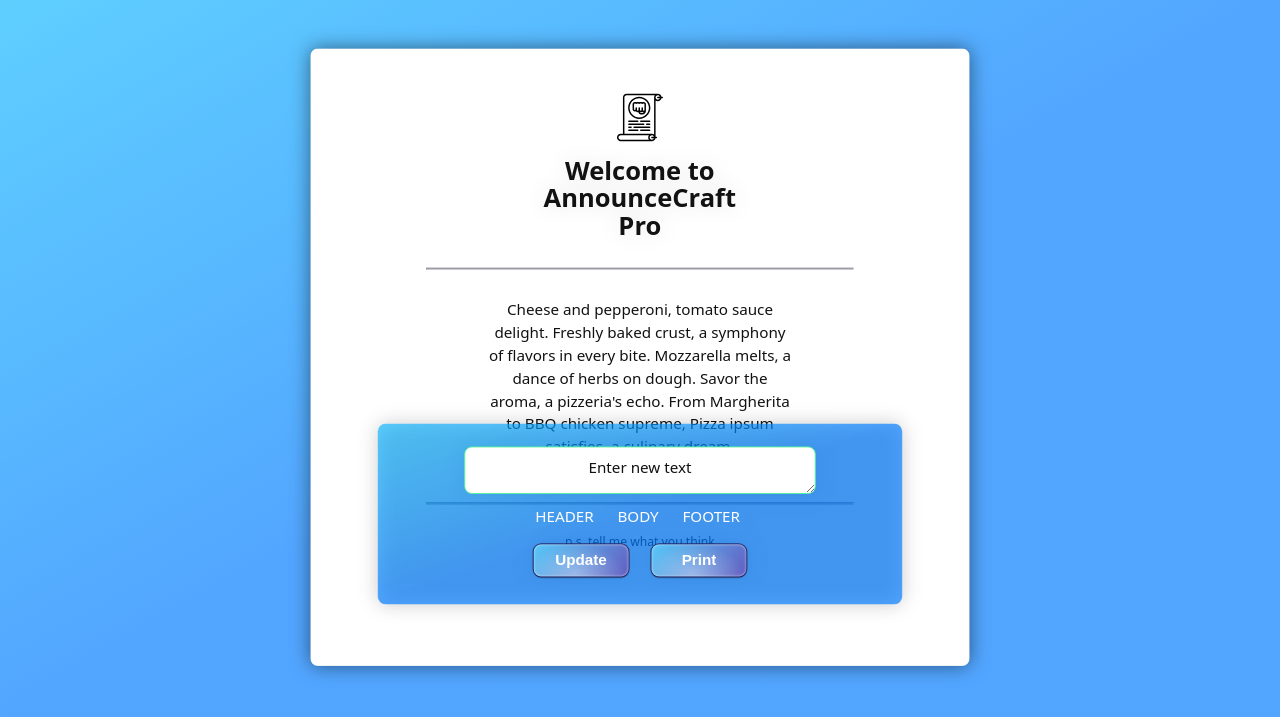
Repository: Freezler/AnnounceCraft
Page: index.html
These files come from the project's save history. The page is drawn as it stood at one moment and after the next save; the edit follows.
The browser window is 1280 px wide. The pictures show the whole page.

Above is the page before, as saved 2024-01-22 21:27:59.

### index.html
<!DOCTYPE html>
<html lang="en">

<head>
	<meta charset="UTF-8" />
	<meta name="viewport" content="width=device-width, initial-scale=1.0" />
	<title>Paper Announcement App</title>
	<link rel="stylesheet" href="style.css" />
</head>

<body>
	<section id="shopping-list">

		<div class="content">
			<svg xmlns="http://www.w3.org/2000/svg" xmlns:xlink="http://www.w3.org/1999/xlink" version="1.1" x="0"
				y="0px" viewBox="0 0 64 80" enable-background="new 0 0 64 64" xml:space="preserve">
				<g>
					<path
						d="M6,64h42c2.414,0,4.435-1.721,4.898-4H54c0.553,0,1-0.447,1-1s-0.447-1-1-1h-1V8.975C53.838,9.609,54.87,10,56,10   c2.414,0,4.435-1.721,4.898-4H62c0.553,0,1-0.447,1-1s-0.447-1-1-1h-1.102C60.435,1.721,58.414,0,56,0H14c-2.757,0-5,2.243-5,5v49   H6c-2.757,0-5,2.243-5,5S3.243,64,6,64z M48,62c-1.654,0-3-1.346-3-3s1.346-3,3-3c1.302,0,2.401,0.839,2.815,2H48   c-0.553,0-1,0.447-1,1s0.447,1,1,1h2.815C50.401,61.161,49.302,62,48,62z M58.815,4H56c-0.553,0-1,0.447-1,1s0.447,1,1,1h2.815   C58.401,7.161,57.302,8,56,8c-1.654,0-3-1.346-3-3s1.346-3,3-3C57.302,2,58.401,2.839,58.815,4z M11,5c0-1.654,1.346-3,3-3h38.025   C51.391,2.838,51,3.87,51,5v50.025C50.162,54.391,49.13,54,48,54H11V5z M6,56h38.025C43.391,56.838,43,57.87,43,59   s0.391,2.162,1.025,3H6c-1.654,0-3-1.346-3-3S4.346,56,6,56z" />
					<path
						d="M45,40.008h-4c-0.553,0-1,0.447-1,1s0.447,1,1,1h4c0.553,0,1-0.447,1-1S45.553,40.008,45,40.008z" />
					<path
						d="M17,42.008h20c0.553,0,1-0.447,1-1s-0.447-1-1-1H17c-0.553,0-1,0.447-1,1S16.447,42.008,17,42.008z" />
					<path
						d="M45,44.008H24c-0.553,0-1,0.447-1,1s0.447,1,1,1h21c0.553,0,1-0.447,1-1S45.553,44.008,45,44.008z" />
					<path
						d="M17,46.008h3c0.553,0,1-0.447,1-1s-0.447-1-1-1h-3c-0.553,0-1,0.447-1,1S16.447,46.008,17,46.008z" />
					<path
						d="M17,38.008h12c0.553,0,1-0.447,1-1s-0.447-1-1-1H17c-0.553,0-1,0.447-1,1S16.447,38.008,17,38.008z" />
					<path
						d="M45,36.008H33c-0.553,0-1,0.447-1,1s0.447,1,1,1h12c0.553,0,1-0.447,1-1S45.553,36.008,45,36.008z" />
					<path
						d="M29,48.008H17c-0.553,0-1,0.447-1,1s0.447,1,1,1h12c0.553,0,1-0.447,1-1S29.553,48.008,29,48.008z" />
					<path
						d="M45,48.008H33c-0.553,0-1,0.447-1,1s0.447,1,1,1h12c0.553,0,1-0.447,1-1S45.553,48.008,45,48.008z" />
					<path
						d="M40.001,14.006c0-1.654-1.346-3-3-3c-0.003,0-0.005,0.002-0.007,0.002c-0.703,0.001-1.389,0.19-1.993,0.545   c-1.213-0.711-2.787-0.711-4,0c-1.213-0.711-2.787-0.711-4,0c-0.604-0.354-1.29-0.544-1.993-0.545   c-0.002,0-0.004-0.002-0.007-0.002c-1.654,0-3,1.346-3,3v7.002c0,1.654,1.346,3,3,3c0.537,0,1.034-0.153,1.471-0.401   c0.532,0.84,1.464,1.402,2.529,1.402c0.36,0,0.7-0.074,1.021-0.19c-0.004,0.064-0.021,0.126-0.021,0.191c0,1.654,1.346,3,3,3h1.989   c0.004,0,0.006,0.002,0.01,0.002c2.76,0,5.006-2.246,5.006-5.006c0-0.009-0.005-0.016-0.005-0.024V14.006z M29.001,23.009   c-0.552,0-1-0.448-1-1v-3.003c0-0.553-0.447-1-1-1s-1,0.447-1,1v2.002c0,0.552-0.448,1-1,1s-1-0.448-1-1v-7.002   c0-0.551,0.447-0.998,0.997-1c0.001,0,0.002,0.001,0.003,0.001c0.485,0,0.957,0.186,1.331,0.521c0.379,0.342,0.959,0.342,1.338,0   c0.748-0.672,1.914-0.672,2.662,0c0.379,0.342,0.959,0.342,1.338,0c0.748-0.672,1.914-0.672,2.662,0   c0.189,0.171,0.43,0.257,0.669,0.257s0.479-0.086,0.669-0.257c0.374-0.336,0.846-0.521,1.331-0.521   c0.001,0,0.002-0.001,0.003-0.001c0.55,0.002,0.997,0.449,0.997,1v8.003c0,0.552-0.448,1-1,1s-1-0.448-1-1v-3.003   c0-0.553-0.447-1-1-1s-1,0.447-1,1v3.003c0,0.552-0.448,1-1,1s-1-0.448-1-1v-3.003c0-0.553-0.447-1-1-1s-1,0.447-1,1v3.003   C30.001,22.561,29.553,23.009,29.001,23.009z M35.007,26.011c-0.003,0-0.005-0.001-0.007-0.001h-1.999c-0.552,0-1-0.448-1-1   c0-0.061,0.026-0.115,0.038-0.174c0.304,0.104,0.623,0.173,0.962,0.173c0.771,0,1.468-0.301,2-0.78c0.532,0.479,1.229,0.78,2,0.78   c0.084,0,0.162-0.018,0.244-0.024C36.695,25.607,35.9,26.009,35.007,26.011z" />
					<path
						d="M31,3.998c-8.271,0-15,6.729-15,15s6.729,15,15,15s15-6.729,15-15S39.271,3.998,31,3.998z M31,31.998   c-7.168,0-13-5.832-13-13s5.832-13,13-13s13,5.832,13,13S38.168,31.998,31,31.998z" />
				</g>
			</svg>
			<h1 @click="updateSelectedType('Header'); updateSelectedText(header)">{{ header }}</h1>
			<hr>
			<p @click="updateSelectedType('Body'); updateSelectedText(body)">{{ body }}</p>
			<hr>
			<h4 @click="updateSelectedType('Footer'); updateSelectedText(footer)">{{ footer }}</h4>
		</div>
		<div class="choice-box">
			<textarea v-model="selectedText" type="text" minlength="10" maxlength="400" required
				placeholder="Enter new text"></textarea>

			<div class="radio-container">
				<input class="btn" type="radio" id="header" value="Header" v-model="selectedType"
					@change="updateTempContent">
				<label for="header">HEADER</label>
				<input class="btn" type="radio" id="body" value="Body" v-model="selectedType"
					@change="updateTempContent">
				<label for="body">BODY</label>
				<input class="btn" type="radio" id="footer" value="Footer" v-model="selectedType"
					@change="updateTempContent">
				<label for="footer">FOOTER</label>
				<div class="btn-group">
					<button @click="updateText" class="btn">Update</button>
					<button @click="updateText" class="btn">Print</button>
				</div>

			</div>
		</div>
	</section>
	<script src="https://unpkg.com/vue@3"></script>
	<script src="app.js"></script>
</body>

</html>

### style.css
:root {
    --primary-color: hsla(211, 100%, 50%, 0.678);
    --secondary-color: #6c757d;
    --success-color: #28a745;
    --error-color: #dc3545;
    --oxford-blue: rgb(18, 18, 18);
    --bittersweet: rgb(44, 44, 88);
    --platinum: hsla(174, 11%, 82%, 1);
    --khaki: rgb(118, 143, 230);
    --white: rgb(255, 255, 255);
    --primary: rgb(255, 0, 76);
    --secondary: rgb(0, 255, 76);
    --polkadot-pink: #e6007a;
    --polkadot-purple: #552BBF;
    --polkadot-cyan: hsla(198, 100%, 50%, 0.63);
    --polkadot-lime: #D3FF33;
    --polkadot-green: #56F39A;

    /* Fonts */
    --main-font: 'system-ui', -apple-system, BlinkMacSystemFont, 'Segoe UI', Roboto, Oxygen, Ubuntu, Cantarell, 'Open Sans', 'Helvetica Neue', sans-serif;
    --heading-font: 'Roboto', sans-serif;

    /* Spacing */
    --spacing-small: 8px;
    --spacing-medium: 16px;
    --spacing-large: 24px;

    /* Breakpoints */
    --tablet-breakpoint: 768px;
    --desktop-breakpoint: 1024px;

    /* Other Variables */
    --border-radius: 4px;
    --box-shadow: 1px 2px 4px rgba(0, 0, 0, 0.5);
    --radius: 8px;

    /* Typography */
    --heading-font-size: 24px;
    --heading-line-height: 1.2;
    --paragraph-font-size: 16px;
    --paragraph-line-height: 1.5;
    --paragraph-max-width: 35ch;

    scale: 0.95;
}

body {
    margin: 0;
    padding: 0;
    font-family: var(--main-font);
    background-image: linear-gradient(to bottom right, var(--polkadot-cyan) 0%, var(--primary-color) 50%);
    color: var(--oxford-blue);
    text-align: center;
    height: 100vh;
    display: flex;
    flex-direction: column;
    align-items: center;

}

section {
    margin: 2rem;
    height: 90%;
    border: 1px solid transparent;
    border-radius: var(--radius);
    padding: 0;
    max-width: 54vw;
    background-color: var(--white);
    text-align: center;
    position: absolute;
    /* box-shadow: var(--box-shadow); */
    filter: drop-shadow(0px 0px 10px rgba(0,0,0,.5));

}

h1 {
    font-size: clamp(0.9rem, 2vw, 2rem);
    line-height: 1.1;
    filter: drop-shadow(0px 0px 10px rgba(0,0,0,.1));

    width: 15ch;
    margin: 1rem auto 0;
    word-wrap: pretty;
    transform: scale(1.05);
}

h1:hover {


    color: var(--polkadot-lime);
    transition: color 5s cubic-bezier(0.215, 0.610, 0.355, 1);
    text-align: center;

    padding: 0;
}

h4 {
    font-size: clamp(0.3rem, 2vw, 0.8rem);
    font-weight: 100;
    width: 35ch;
    vertical-align: middle;
    margin: 0 auto;
    padding-bottom: 24px;
    text-align: center;
    word-wrap: balanced;
}

p {
    font-size: clamp(0.6rem, 2vw, 1rem);
    line-height: 1.6;
    width: 35ch;
    line-height: 1.5;
    margin: 0 auto;
    padding: 0px 0px 1rem;
    text-wrap: balance;
    text-align: center;
}

hr {
    background-color: var(--bittersweet);
    width: 35vw;

    align-self: center;

}

label {
    display: block;
    color: var(--white);
}

.radio-container input[type="radio"] {
    display: none;

}

.radio-container input[type="radio"]:hover {
    background: #b984e86e;

}

.radio-container input[type="radio"]+label {
    display: inline-block;
    padding: 5px 10px;
    border-radius: var(--radius);
    margin-right: 5px;
    cursor: pointer;
}

.radio-container input[type="radio"]:checked+label {
    color: var(--white);
    font-weight: 700;
    text-transform: uppercase;
    background: var(--primary);
    filter: brightness(1.)
}

.content {
    display: flex;
    flex-direction: column;
    gap: clamp(1.4rem, 1vw, 2rem);
    width: 54vw;
    text-wrap: balance;
    padding: 5rem 0 4rem;
    margin-top: 1.2rem;
}

svg {
    position: absolute;
    top: 2.4rem;
    left: calc(50% - 25px);
    width: 50px;
    height: 80px;
    padding-bottom: 1rem;

}

.choice-box {
    position: absolute;
    bottom: 2rem;

    opacity: 1;

    background-image: linear-gradient(to bottom right, var(--polkadot-cyan) 0%, var(--primary-color) 50%);
    display: flex;
    flex-direction: column;
    gap: 8px;
    justify-content: center;
    align-items: center;
    break-before: always;
    left: 0rem;
    right: 0;
    padding: 0.8rem 0 0.8rem;

    border-radius: var(--radius);
    padding-top: 24px;
    padding-bottom: 16px;
    margin: 2rem auto;

    filter: drop-shadow(0px 0px 10px rgba(0,0,0,.3));

    max-width: 80%;

    textarea {
        width: 66%;
        color: var(--oxford-blue);
        background-color: var(--white);
        border: 1px solid var(--polkadot-green);
        border-radius: var(--radius);
        font-size: 16px;
        font-family: system-ui, -apple-system, BlinkMacSystemFont, 'Segoe UI', Roboto, Oxygen, Ubuntu, Cantarell, 'Open Sans', 'Helvetica Neue', sans-serif;
        margin: 0 auto;

        text-align: center;
        justify-content: baseline;
        overflow: hidden;
        outline: none;
        vertical-align: middle;

        &::placeholder {
            color: var(--oxford-blue);
            text-align: center;
            justify-content: baseline;
            padding-top: 0.5rem;
        }

        &:focus {
            border-color: var(--white);
            box-shadow: 0 0 0 0.1rem var(--primary);
            text-align: center;


        }

        &::invalid {
            background-color: var(--secondary);
        }
    }
}

/*  */

.btn:hover {
    background: var(--bittersweet);
    color: var();
    text-decoration: none;
}

.btn-group {
    display: grid;
    grid-template-columns: 1fr 1fr;
    gap: 8px;
    justify-content: center;
    place-items: center;
}


/* CSS */

.btn {
    margin: 0.8rem 0.3rem;
    padding: 8px 12px;
    border: 0;
    font-size: 16px;
    transition: all 150ms ease-in-out;
    width: 100px;
    border-radius: 8px;
    box-shadow: rgba(255, 255, 255, 0.2) 0px 1px 0px 0px inset, rgba(0, 0, 0, 0.07) 0 1px 1px, rgba(0, 0, 0, 0.07) 0 2px 2px, rgba(0, 0, 0, 0.07) 0 4px 4px;
    font-weight: 600;
    color: #fff;
    box-shadow: rgba(32, 27, 92, 0.8) 0px 0px 0px 1px, rgba(255, 255, 255, 0.7) 0 0 3px 0 inset, 0 1px 2px 0 rgba(0, 0, 0, .5);
    background-image: radial-gradient(53% 87% at 44% 90%, rgba(255, 255, 255, 0.36) 0%, transparent 100%), linear-gradient(130deg, var(--polkadot-cyan) 0%, #635cc0 100%);
}


.btn:hover {
    background: var(--primary);
    filter: brightness(1.)
}



.btn:active {
    transform: scale(.95);
}

### app.js

const PaperAnnouncement = Vue.createApp({
    /**
     * Returns an object with header, body, footer, selectedText, selectedType, and tempContent properties.
     *
     * @return {Object} The object containing header, body, footer, selectedText, selectedType, and tempContent properties.
     */
    data() {
        return {
            header: "Welcome to AnnounceCraft Pro",
            body: "Cheese and pepperoni, tomato sauce delight. Freshly baked crust, a symphony of flavors in every bite. Mozzarella melts, a dance of herbs on dough. Savor the aroma, a pizzeria's echo. From Margherita to BBQ chicken supreme, Pizza ipsum satisfies, a culinary dream.",
            footer: "p.s. tell me what you think",
            selectedText: "",
            selectedType: "",
            tempContent: { type: "", text: "" }
        };
    },
    methods: {
        /**
         * Updates the temporary content based on the selected type and text.
         */
        updateTempContent() {
            if (this.selectedText === "") {
                this.selectedType = "";
                alert("Please enter text first");
            } else {
                if (this.selectedType !== undefined) {
                    this.tempContent.type = this.selectedType;
                }
                if (this.selectedText !== undefined) {
                    this.tempContent.text = this.selectedText;
                }
            }
        },

        /**
         * Updates the header, body, and footer based on the type and text from this.tempContent.
         */
        updateText() {
            const { type, text } = this.tempContent;
            if (type === "Header") {
                this.header = text;
            }
            if (type === "Body") {
                this.body = text;
            }
            if (type === "Footer") {
                this.footer = text;
            }
            this.selectedType = "";
            this.selectedText = "";
        }
    }

}).mount("#shopping-list");

After the next save:
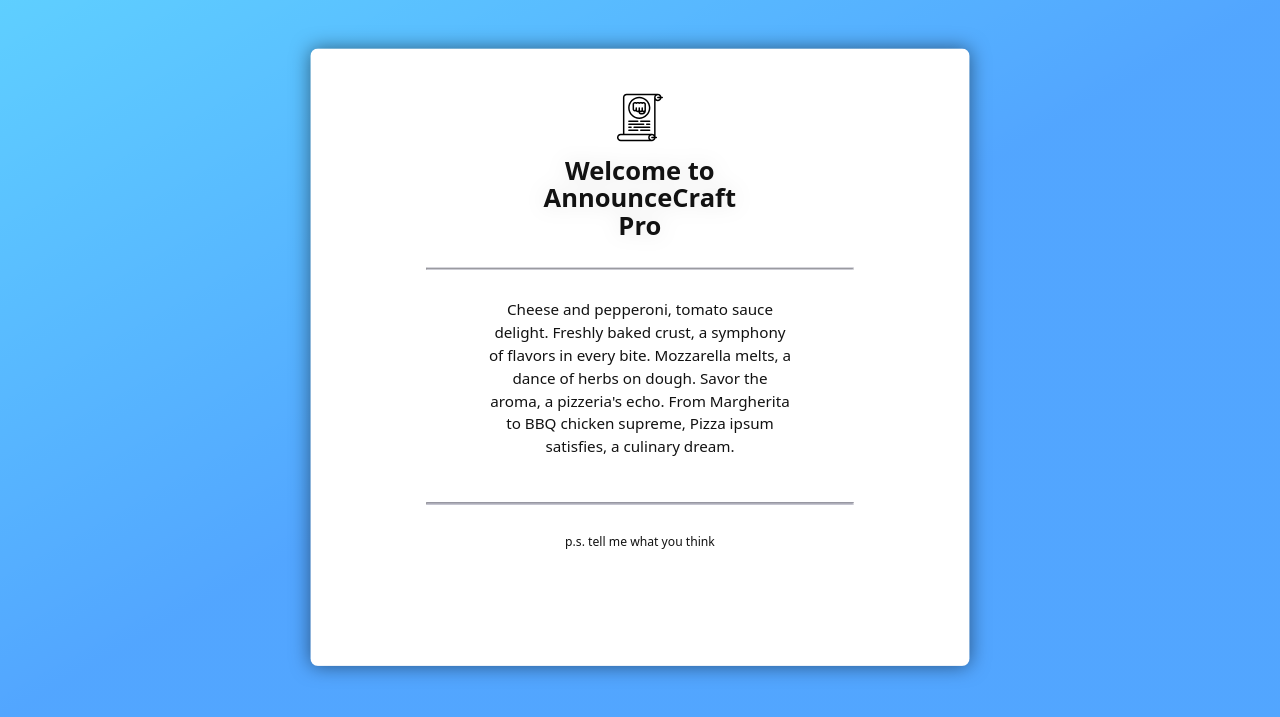
Saved 11 s later.
--- a/index.html
+++ b/index.html
@@ -45,27 +45,7 @@
 			<hr>
 			<h4 @click="updateSelectedType('Footer'); updateSelectedText(footer)">{{ footer }}</h4>
 		</div>
-		<div class="choice-box">
-			<textarea v-model="selectedText" type="text" minlength="10" maxlength="400" required
-				placeholder="Enter new text"></textarea>
 
-			<div class="radio-container">
-				<input class="btn" type="radio" id="header" value="Header" v-model="selectedType"
-					@change="updateTempContent">
-				<label for="header">HEADER</label>
-				<input class="btn" type="radio" id="body" value="Body" v-model="selectedType"
-					@change="updateTempContent">
-				<label for="body">BODY</label>
-				<input class="btn" type="radio" id="footer" value="Footer" v-model="selectedType"
-					@change="updateTempContent">
-				<label for="footer">FOOTER</label>
-				<div class="btn-group">
-					<button @click="updateText" class="btn">Update</button>
-					<button @click="updateText" class="btn">Print</button>
-				</div>
-
-			</div>
-		</div>
 	</section>
 	<script src="https://unpkg.com/vue@3"></script>
 	<script src="app.js"></script>

After the 2 saves that followed:
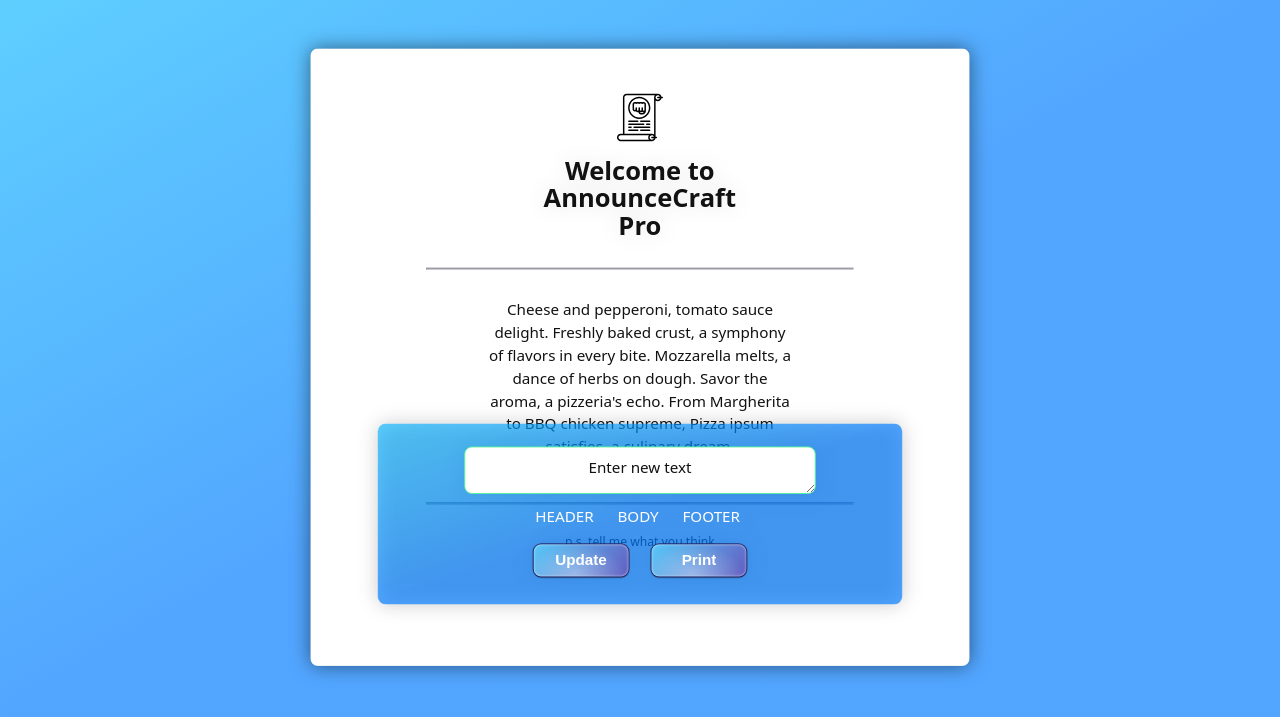
The 2 saves are shown as one change because they came seconds apart.
The last was saved 7 s later.
--- a/index.html
+++ b/index.html
@@ -10,6 +10,27 @@
 
 <body>
 	<section id="shopping-list">
+		<div class="choice-box">
+			<textarea v-model="selectedText" type="text" minlength="10" maxlength="400" required
+				placeholder="Enter new text"></textarea>
+
+			<div class="radio-container">
+				<input class="btn" type="radio" id="header" value="Header" v-model="selectedType"
+					@change="updateTempContent">
+				<label for="header">HEADER</label>
+				<input class="btn" type="radio" id="body" value="Body" v-model="selectedType"
+					@change="updateTempContent">
+				<label for="body">BODY</label>
+				<input class="btn" type="radio" id="footer" value="Footer" v-model="selectedType"
+					@change="updateTempContent">
+				<label for="footer">FOOTER</label>
+				<div class="btn-group">
+					<button @click="updateText" class="btn">Update</button>
+					<button @click="updateText" class="btn">Print</button>
+				</div>
+
+			</div>
+		</div>
 
 		<div class="content">
 			<svg xmlns="http://www.w3.org/2000/svg" xmlns:xlink="http://www.w3.org/1999/xlink" version="1.1" x="0"
